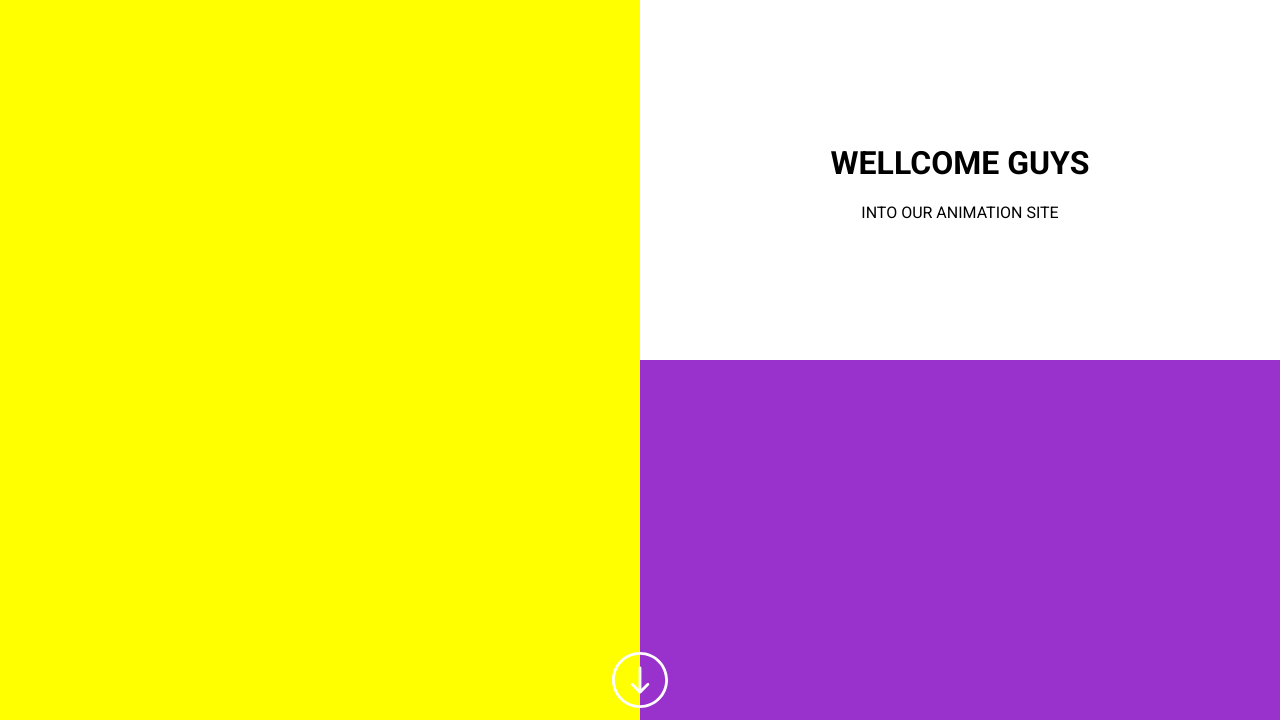
Repository: Rinzlerte/react-reveale-animation
Page: /main
The author's editor kept a copy of each file at every save. The page is drawn from the files as they stood at one save, then again after the next save.
The browser window is 1280 px wide. The pictures show the whole page.
The project was rebuilt for these pictures with package versions that can differ from the ones it lists, and the page was loaded fresh each time. Also part of the build but not shown: src/components/home/Promoslider.jsx, src/components/home/Header.jsx, src/components/home/Home.jsx, src/components/secondary/Secondary.css, src/components/secondary/Secondary.jsx, src/components/ui/BackBtn.js, src/components/featured/About.jsx, src/components/featured/Inform.jsx and 3 more.

Above is the page before, as saved 2019-10-22 16:53:32.

### public/index.html
<!DOCTYPE html>
<html lang="en">
  <head>
    <meta charset="utf-8" />
    <link rel="icon" href="%PUBLIC_URL%/favicon.ico" />
    <meta name="viewport" content="width=device-width, initial-scale=1" />
    <meta name="theme-color" content="#000000" />
    <meta
      name="description"
      content="Web site created using create-react-app"
    />
    <link rel="apple-touch-icon" href="logo192.png" />
    <link rel="stylesheet" href="https://fonts.googleapis.com/css?family=Roboto:300,400,500,700&display=swap" />
    <link rel="manifest" href="%PUBLIC_URL%/manifest.json" />
    <title>React App</title>
  </head>
  <body>
    <noscript>You need to enable JavaScript to run this app.</noscript>
    <div id="root"></div>
  </body>
</html>

### src/App.js
import React, { Component } from 'react';
import { BrowserRouter, Route } from 'react-router-dom';
import './Resources/styles.css'

import Home from './components/home/Home';
import Main from './components/main/Main';


import About from './components/featured/About';
import Inform from './components/featured/Inform';

import Navigation from './components/navigation/Navigation';
import Contacts from './components/featured/Contacts';

export default class App extends Component {
  render() {
    return (
      <BrowserRouter >
        <Route exact path="/" render={() => <Home />} />
        <Route path="/main" render={() => <Main />}/>
        <Route path="/inform" render={() => <Inform />}/>
        <Route path="/menu" render={() => <Navigation />}/>
        <Route path="/contacts" render={() => <Contacts />}/>
        <Route path="/about" render={() => <About />}/>
      </BrowserRouter>
    )
  }
}

### src/Resources/styles.css
body {
  margin: 0;
  font-family: -apple-system, BlinkMacSystemFont, "Segoe UI", "Roboto", "Oxygen",
    "Ubuntu", "Cantarell", "Fira Sans", "Droid Sans", "Helvetica Neue",
    sans-serif;
  -webkit-font-smoothing: antialiased;
  -moz-osx-font-smoothing: grayscale;
  padding: 0;
  box-sizing: border-box;
  font-family: "Roboto", sans-serif;
}

code {
  font-family: source-code-pro, Menlo, Monaco, Consolas, "Courier New",
    monospace;
}

.home, .container{
  width: 100%;
}

.container{
  height: 100%;
}

/* HEADER */
.header_logo{
  color: white;
  font-size: 28px;
}

.home{
  display: flex;
  justify-content: space-between;
  align-items: center;
  flex-direction: column;
}




/* FOOTER */
.footer{
  bottom: 0;
  position: absolute;
  display: block;
  width: 100%;
  height: 80px;
  z-index: 99;
  display: flex;
  align-items: center;
  justify-content: space-around;
}


.arrow-btn, .back-btn{
  display: block;
}

.arrow-btn, .cross-btn, .back-btn{
  background-size: cover !important;

}

.cross-btn{
  display: none;
}

.link{
  display: block;
  width: 60;
  height: 60;
}
.link:hover {
  background-color: blue;
}

### src/components/main/Main.jsx
import React from 'react';
import {ArrowBtn} from '../ui/ArrowBtn';
import {CrossBtn} from '../ui/CrossBtn';

import Slide from 'react-reveal/Slide';
import Wellcome from './Wellcome';
import Information from './Information';

import Secondary from '../secondary/Secondary';

import './Main.css';

  export default class Main extends React.Component {
      constructor(props){
          super(props);
          this.state={
			secondary: false,
		}
		this.toogleSecondary = this.toogleSecondary.bind(this);
		this.handleEvent = this.handleEvent.bind(this);
      }

	handleEvent = (event) =>{
		var y = event.deltaY;
		if (y > 0) {
			console.log("scroll down");
		this.setState({
			secondary : true,
		})
		} else {
			console.log("scroll up");
			this.setState({
				// secondary : false,
			})
		}
	}
	toogleSecondary = (value) => {
		console.log(value);
		this.setState({
			secondary : value
		});
	}

    render(){
        return (
				<div className="main" style={{ height:`${window.innerHeight}px`}} onWheel={(event)=>this.handleEvent(event)}>
					<div className="container" style={{display:`flex`, height:`${window.innerHeight}px`}}>
						<Slide left>
							<div className="about-box">
								<CrossBtn  width="50px" height="50px" link="true" linkTo="/about"/>
							</div>
						</Slide>
						<Slide right>
							<div className="intro">
								<Wellcome />
								<Information />
							</div>
						</Slide>
					</div>
					{	this.state.secondary?
						<Secondary />
						:null
					}
					<div className="footer" onClick={(e)=>this.toogleSecondary(true)}>
						<ArrowBtn
							width="56px" height="56px" link="true" linkTo="/secondary"
						/>
					</div>
				</div>
        );
    }
}

### src/components/ui/ArrowBtn.js
import React from "react";
import { Link } from "react-router-dom";

import IconImage from "../../Resources/images/logos/down-arrow.svg";

export const ArrowBtn = props => {
  const template = (
    <div
      className="arrow-btn"
      style={{
        width: props.width,
        height: props.height,
        background: `url(${IconImage}) no-repeat`
      }}
    />
  );

  if (props.link) {
    return (
      <Link to={props.linkTo} className="link">
        {template}
      </Link>
    );
  } else {
    return template;
  }
};

### src/components/ui/CrossBtn.js
import React from "react";
import { Link } from "react-router-dom";

import image from "../../Resources/images/logos/close.svg";

export const CrossBtn = props => {
  const template = (
    <div
      className="cross-btn"
      style={{
        width: props.width,
        height: props.height,
        background: `url(${image}) no-repeat`
      }}
    />
  );

  if (props.link) {
    return (
      <Link to={props.linkTo} className="link">
        {template}
      </Link>
    );
  } else {
    return template;
  }
};

### src/components/main/Wellcome.jsx
import React from 'react';

const Wellcome = () => {
    return (
        <div className="wellcome-box">
         <div className="wellcome-wrapper">
            <h1>WELLCOME GUYS</h1>
            <p>INTO OUR ANIMATION SITE</p>
         </div>
        </div>
    );
};

export default Wellcome;

### src/components/main/Information.jsx
import React from 'react';
import { CrossBtn} from '../ui/CrossBtn';

const Informaton = () => (
            <div className="inform-box">
                <CrossBtn  width="50px" height="50px" link="true" linkTo="/inform" />
            </div>
    );

export default Informaton;

### src/components/main/Main.css

.main{
	display: flex;
	width: 100%;
	overflow: hidden;
}

.intro, .about{
	width: 50%;
	height: 100%;
}

.about-box{
	width: 50%;
	height: 100%;
	background-color: yellow;
	display: flex;
	justify-content: space-around;
	align-items: center;
}

.wellcome-box{
	width: 100%;
	height: 50%;
	background-color: white;
	display: flex;
	justify-content: space-around;
	align-items: center;
	text-align: center;
}


.inform-box{
	width: 100%;
	height: 50%;
	display: flex;
	justify-content: space-around;
	align-items: center;
	background-color: darkorchid;
}

Loaded but not shown: src/index.js (common file)

After the next save:
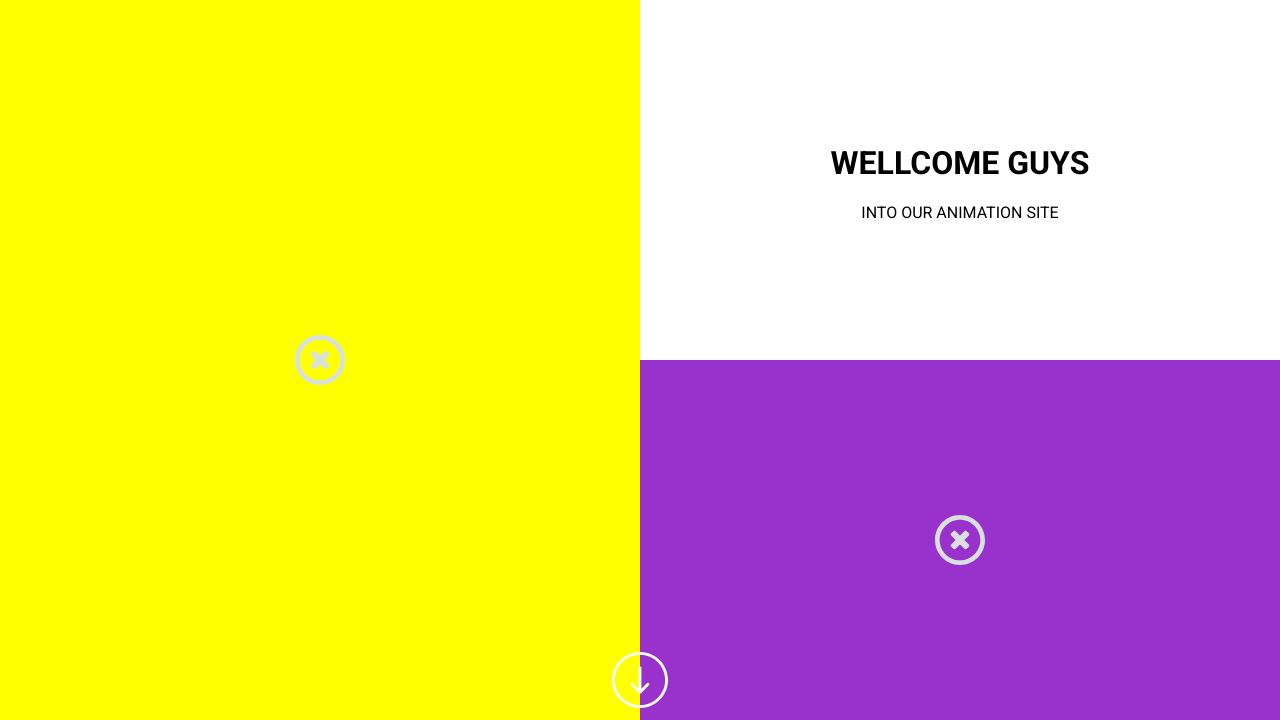
Saved 58 s later.
--- a/src/Resources/styles.css
+++ b/src/Resources/styles.css
@@ -62,9 +62,6 @@ code {
 
 }
 
-.cross-btn{
-  display: none;
-}
 
 .link{
   display: block;
